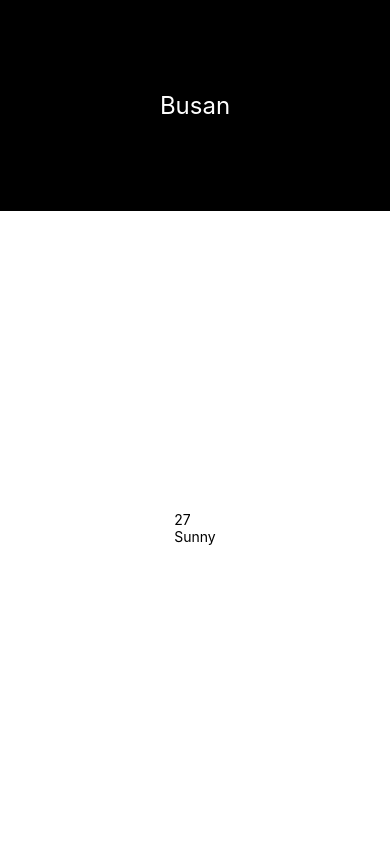
Repository: NewTurn2017/React-Native-Weather-App
Screen: /
The author's editor kept a copy of each file at every save. The screen is drawn from the files as they stood at one save, then again after the next save.
The app was drawn by React Native's web renderer in a window 390 px wide. The project was rebuilt for these pictures with package versions that can differ from the ones it lists, and the page was loaded fresh each time.

Above is the screen before, as saved 2023-04-21 10:52:46.

### App.js
import { StatusBar } from 'expo-status-bar'
import { View, Text, StyleSheet } from 'react-native'

export default function App() {
  return (
    <View style={styles.container}>
      <StatusBar style="light" />
      <View style={styles.city}>
        <Text style={styles.cityText}>Busan</Text>
      </View>
      <View style={styles.weather}>
        <View>
          <Text styles={styles.temp}>27</Text>
          <Text styles={styles.day}>Sunny</Text>
        </View>
      </View>
    </View>
  )
}
const styles = StyleSheet.create({
  container: {
    flex: 1,
    backgroundColor: 'black',
  },
  city: {
    flex: 1,
    backgroundColor: 'black',
    alignItems: 'center',
    justifyContent: 'center',
  },
  cityText: {
    color: 'white',
    fontSize: 24,
  },
  weather: {
    flex: 3,
    backgroundColor: 'white',
    alignItems: 'center',
    justifyContent: 'center',
  },
  temp: {
    color: 'black',
    fontSize: 48,
  },
  day: {
    color: 'black',
    fontSize: 24,
  },
})

After the next save:
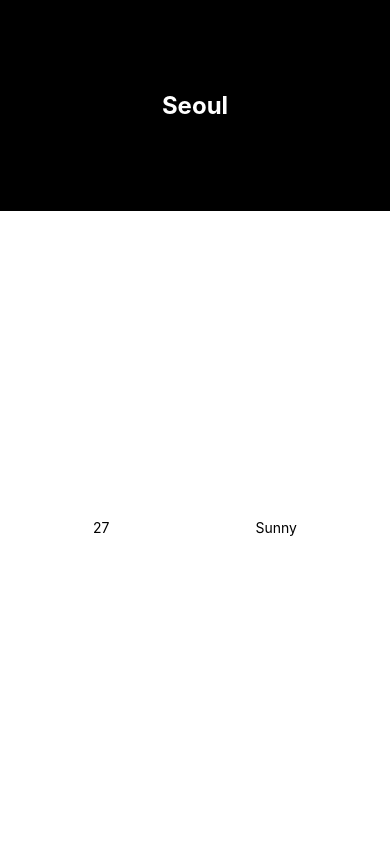
Saved 2 min 45 s later.
--- a/App.js
+++ b/App.js
@@ -6,12 +6,12 @@ export default function App() {
     <View style={styles.container}>
       <StatusBar style="light" />
       <View style={styles.city}>
-        <Text style={styles.cityText}>Busan</Text>
+        <Text style={styles.cityName}>Seoul</Text>
       </View>
       <View style={styles.weather}>
-        <View>
+        <View style={styles.day}>
           <Text styles={styles.temp}>27</Text>
-          <Text styles={styles.day}>Sunny</Text>
+          <Text styles={styles.description}>Sunny</Text>
         </View>
       </View>
     </View>
@@ -22,15 +22,16 @@ const styles = StyleSheet.create({
     flex: 1,
     backgroundColor: 'black',
   },
+  cityName: {
+    color: 'white',
+    fontSize: 24,
+    fontWeight: 'bold',
+  },
   city: {
     flex: 1,
     backgroundColor: 'black',
     alignItems: 'center',
     justifyContent: 'center',
-  },
-  cityText: {
-    color: 'white',
-    fontSize: 24,
   },
   weather: {
     flex: 3,
@@ -38,12 +39,21 @@ const styles = StyleSheet.create({
     alignItems: 'center',
     justifyContent: 'center',
   },
+  day: {
+    flexDirection: 'row',
+    justifyContent: 'space-around',
+    alignItems: 'center',
+    width: '100%',
+    paddingHorizontal: 20,
+  },
   temp: {
     color: 'black',
     fontSize: 48,
+    fontWeight: 'bold',
   },
-  day: {
+  description: {
     color: 'black',
     fontSize: 24,
+    fontWeight: 'bold',
   },
 })
